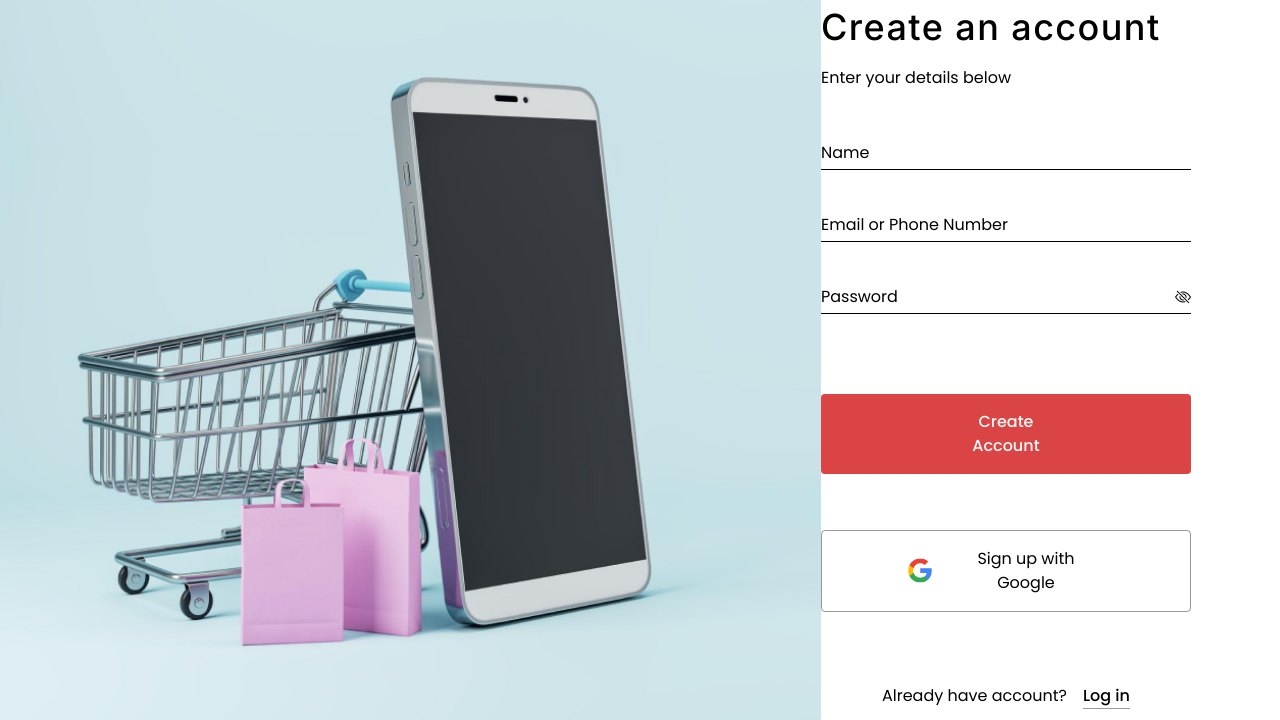
Repository: FidanXankishiyeva/log-in
Page: page/signupPage/index.html
These files come from the project's save history. The page is drawn as it stood at one moment and after the next save; the edit follows.
The browser window is 1280 px wide. The pictures show the whole page.
The style sheet was rebuilt from its Sass, Less or Tailwind sources for each picture, by a compiler version that may differ from the author's.

Above is the page before, as saved 2024-02-04 14:20:42.

After the next save:
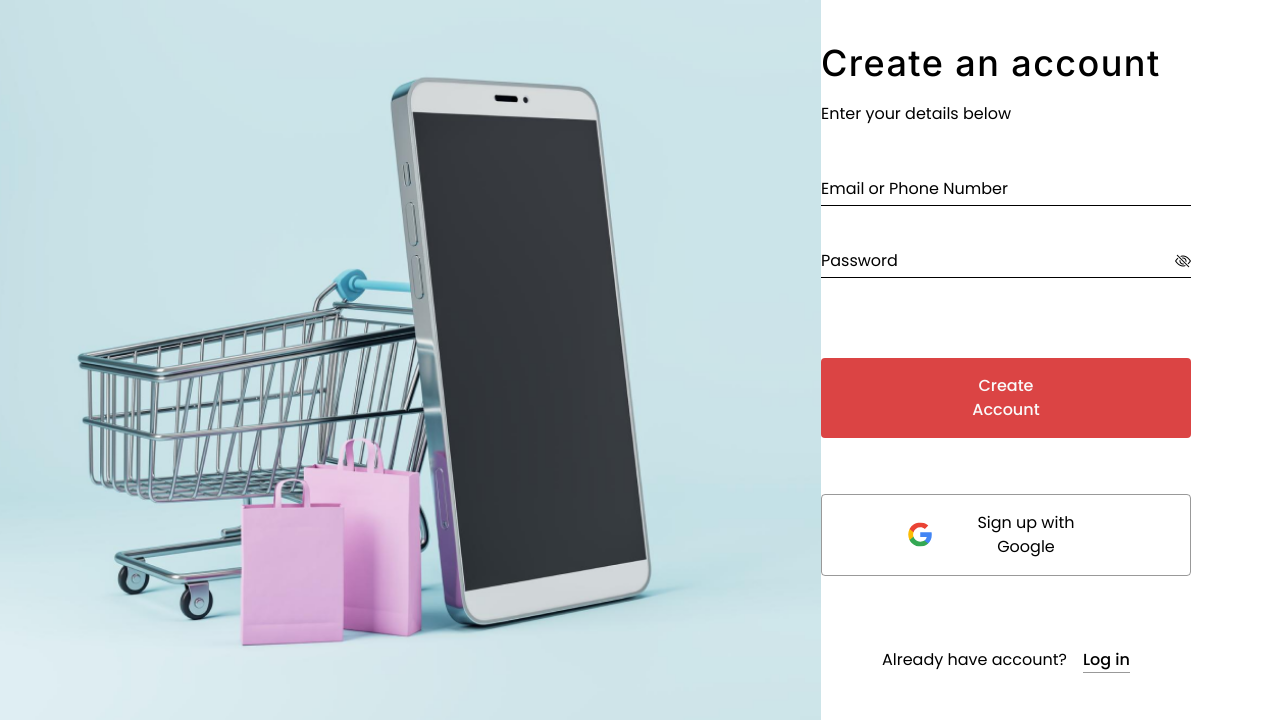
Saved 90 s later.
--- a/page/signupPage/index.html
+++ b/page/signupPage/index.html
@@ -15,7 +15,6 @@
             <h1>Create an account</h1>
             <h2>Enter your details below</h2>
             <form action="">
-                <input type="text" placeholder="Name">
                 <input type="text" placeholder="Email or Phone Number">
                 <div class="password">
                     <input class="password-input" type="password" placeholder="Password">
